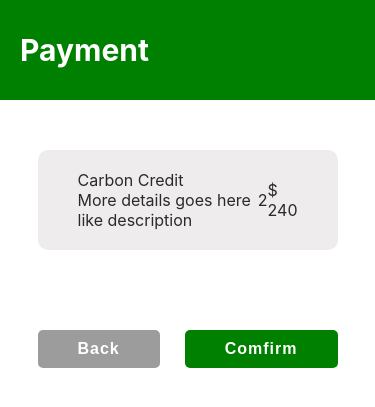
Repository: Yowani24/CarbonApp
Page: /payment
The author's editor kept a copy of each file at every save. The page is drawn from the files as they stood at one save, then again after the next save.
The browser window is 375 px wide. The pictures show the whole page.
The project was rebuilt for these pictures with package versions that can differ from the ones it lists, and the page was loaded fresh each time. The framework's server and built-in components were replaced by stand-ins that run in the browser. Also part of the build but not shown: next.config.js, pages/cart/Cart.module.css, pages/cart/index.js.

Above is the page before, as saved 2021-09-27 00:12:51.

After the next save:
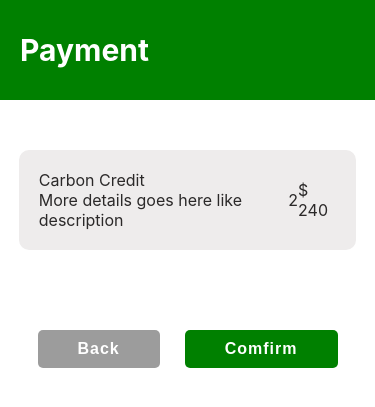
Saved 90 s later.
--- a/pages/payment/Payment.module.css
+++ b/pages/payment/Payment.module.css
@@ -49,6 +49,16 @@
     color: rgb(43, 41, 41);
 }
 
+@media (max-width: 460px){
+    .list_content{
+        width: 90%;
+        margin-top: 50px;
+        border-radius: 10px;
+        padding: 20px 20px;
+        background: rgb(238, 236, 236);
+    }
+}
+
 /* ================================BUTTON=================== */
 .button_box{
     margin-top: 80px;
